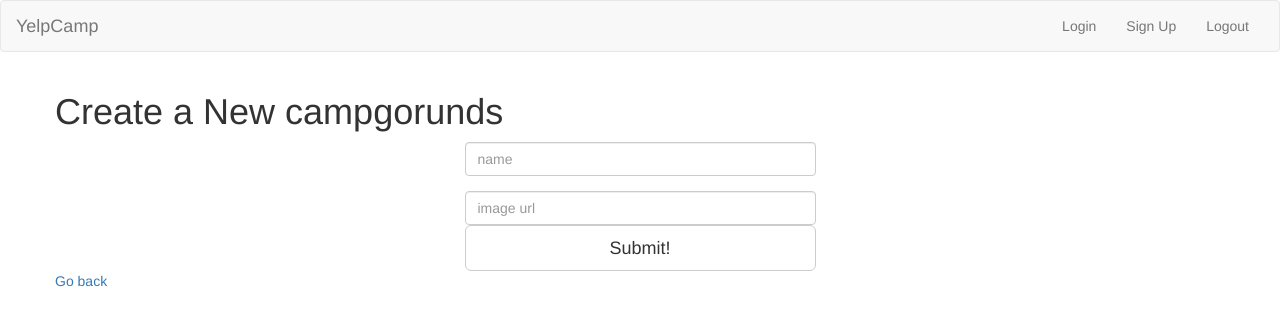
Repository: gtxDaniel/Web-development
Page: http://localhost/campgrounds/new
The author's editor kept a record of every edit. The page is drawn from the files as they stood at one moment, then again after the next edit.
The browser window is 1280 px wide. The pictures show the whole page.
The page is served by the project's Node server (YelpCamp/v1/app.js).

Above is the page before.

After the next edit:
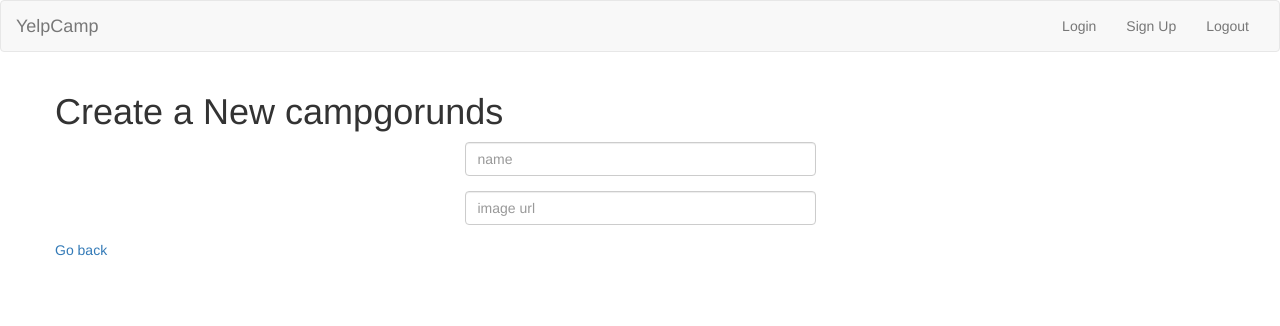
The edit:
--- a/web-development/workspace/YelpCamp/v1/views/new.ejs
+++ b/web-development/workspace/YelpCamp/v1/views/new.ejs
@@ -8,8 +8,11 @@
                      <input class ="form-control" type = 'text' name = 'name' placeholder = 'name'>
                 </div>
 
-                <input class ="form-control" type = 'text' name = 'image' placeholder = 'image url'>
-                <button class = 'btn btn-lg btn-default btn-block'>Submit!</button>
+               <div class ='form-group'>
+                   <input class ="form-control" type = 'text' name = 'image' placeholder = 'image url'>
+               </div>
+
+
             </form>
         </div>
 
